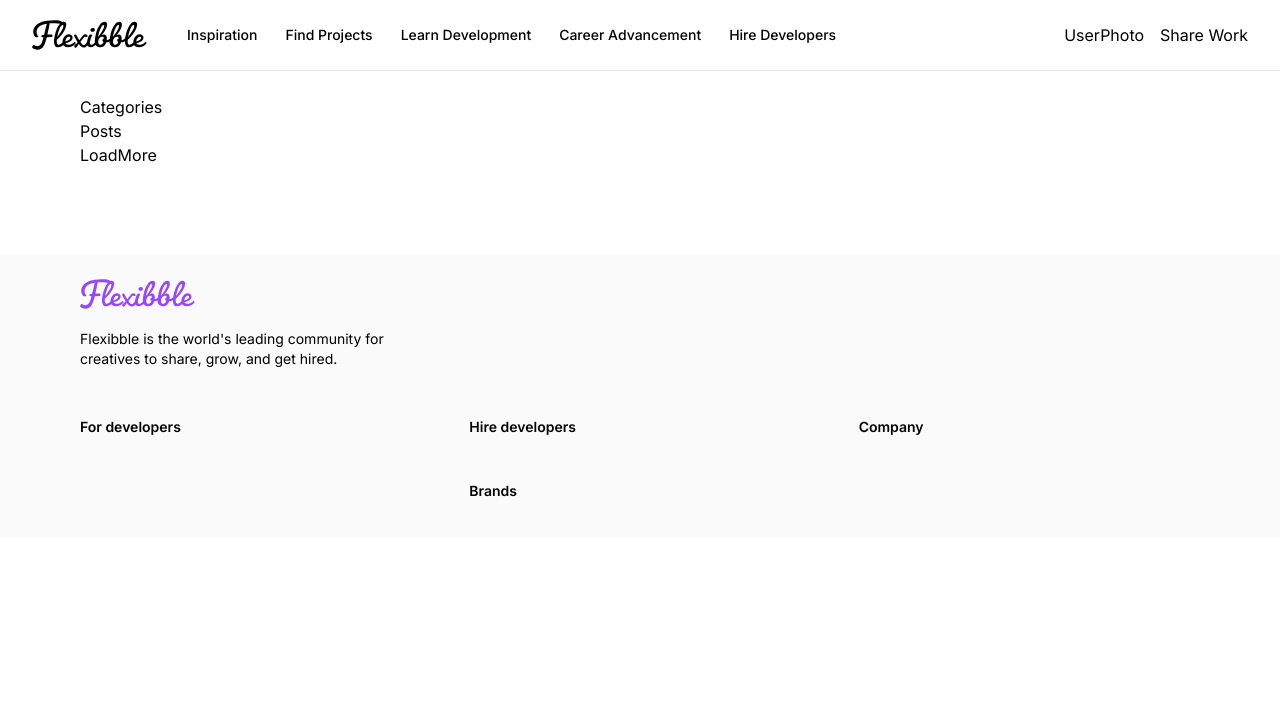
Repository: davedeguia/grafbase_flexibble
Page: /
The author's editor kept a copy of each file at every save. The page is drawn from the files as they stood at one save, then again after the next save.
The browser window is 1280 px wide. The pictures show the whole page.
The project was rebuilt for these pictures with package versions that can differ from the ones it lists, and the page was loaded fresh each time. The framework's server and built-in components were replaced by stand-ins that run in the browser. Also part of the build but not shown: next.config.js, app/components/AuthProviders.tsx.

Above is the page before, as saved 2023-07-16 07:51:18.

### app/layout.tsx
import Footer from './components/Footer'
import Navbar from './components/Navbar'
import './globals.css'

export const metadata = {
  title: 'Flexibble',
  description: 'Showcase and discover remarkable developer projects',
}

export default function RootLayout({
  children,
}: {
  children: React.ReactNode
}) {
  return (
    <html lang='en'>
      <body>
        <Navbar />
        <main>{children}</main>
        <Footer />
      </body>
    </html>
  )
}

### app/page.tsx
const Home = () => {
  return (
    <section className='flex-start flex-col paddings mb-16'>
      <h1>Categories</h1>
      <h1>Posts</h1>
      <h1>LoadMore</h1>
    </section>
  )
}

export default Home

### app/components/Footer.tsx
import Image from 'next/image'
import React from 'react'
import { footerLinks } from '../constants'
import Link from 'next/link'

type ColumnProps = {
  title: string
  links: Array<string>
}

const FooterColumn = ({ title, links }: ColumnProps) => (
  <div className='footer_column'>
    <h4 className='font-semibold'>{title}</h4>
    <ul className='flex flex-col gap-2 font-normal'>
      {links.map((link) => (
        <Link href='/' key={link}></Link>
      ))}
    </ul>
  </div>
)

const Footer = () => {
  return (
    <footer className='flexStart footer'>
      <div className='flex flex-col gap-12 w-full'>
        <div className='flex items-start flex-col'>
          <Image
            src='/logo-purple.svg'
            width={115}
            height={38}
            alt='Flexible'
          />

          <p className='text-start text-sm font-normal mt-5 max-w-xs'>
            Flexibble is the world's leading community for creatives to share,
            grow, and get hired.
          </p>
        </div>
        <div className='flex flex-wrap gap-12'>
          <FooterColumn
            title={footerLinks[0].title}
            links={footerLinks[0].links}
          />

          <div className='flex-1 flex flex-col gap-4'>
            <FooterColumn
              title={footerLinks[1].title}
              links={footerLinks[1].links}
            />
            <FooterColumn
              title={footerLinks[2].title}
              links={footerLinks[2].links}
            />
          </div>
          <FooterColumn
            title={footerLinks[3].title}
            links={footerLinks[3].links}
          />
        </div>
      </div>
    </footer>
  )
}

export default Footer

### app/components/Navbar.tsx
import React from 'react'
import Link from 'next/link'
import Image from 'next/image'
import { NavLinks } from '../constants'
import AuthProviders from './AuthProviders'

const Navbar = () => {
  const session = {}
  return (
    <nav className='flexBetween navbar'>
      <div className='flex-1 flexStart gap-10'>
        <Link href='/'>
          <Image src='/logo.svg' width={115} height={43} alt='Flexible' />
        </Link>
        <ul className='xl:flex hidden text-small gap-7'>
          {NavLinks.map((link) => (
            <Link href={link.href} key={link.key}>
              {link.text}
            </Link>
          ))}
        </ul>
      </div>
      <div className='flexCenter gap-4'>
        {session ? (
          <>
            UserPhoto
            <Link href='/create-project'>Share Work</Link>
          </>
        ) : (
          <AuthProviders />
        )}
      </div>
    </nav>
  )
}

export default Navbar

### app/constants/index.tsx
export const NavLinks = [
  { href: '/', key: 'Inspiration', text: 'Inspiration' },
  { href: '/', key: 'Find Projects', text: 'Find Projects' },
  { href: '/', key: 'Learn Development', text: 'Learn Development' },
  { href: '/', key: 'Career Advancement', text: 'Career Advancement' },
  { href: '/', key: 'Hire Developers', text: 'Hire Developers' },
]

export const categoryFilters = [
  'Frontend',
  'Backend',
  'Full-Stack',
  'Mobile',
  'UI/UX',
  'Game Dev',
  'DevOps',
  'Data Science',
  'Machine Learning',
  'Cybersecurity',
  'Blockchain',
  'E-commerce',
  'Chatbots',
]

export const footerLinks = [
  {
    title: 'For developers',
    links: [
      'Go Pro!',
      'Explore development work',
      'Development blog',
      'Code podcast',
      'Open-source projects',
      'Refer a Friend',
      'Code of conduct',
    ],
  },
  {
    title: 'Hire developers',
    links: [
      'Post a job opening',
      'Post a freelance project',
      'Search for developers',
    ],
  },
  {
    title: 'Brands',
    links: ['Advertise with us'],
  },
  {
    title: 'Company',
    links: [
      'About',
      'Careers',
      'Support',
      'Media kit',
      'Testimonials',
      'API',
      'Terms of service',
      'Privacy policy',
      'Cookie policy',
    ],
  },
  {
    title: 'Directories',
    links: [
      'Development jobs',
      'Developers for hire',
      'Freelance developers for hire',
      'Tags',
      'Places',
    ],
  },
  {
    title: 'Development assets',
    links: [
      'Code Marketplace',
      'GitHub Marketplace',
      'NPM Registry',
      'Packagephobia',
    ],
  },
  {
    title: 'Development Resources',
    links: [
      'Freelancing',
      'Development Hiring',
      'Development Portfolio',
      'Development Education',
      'Creative Process',
      'Development Industry Trends',
    ],
  },
]

### tailwind.config.js
/** @type {import('tailwindcss').Config} */
module.exports = {
  content: [
    './pages/**/*.{js,ts,jsx,tsx,mdx}',
    './components/**/*.{js,ts,jsx,tsx,mdx}',
    './app/**/*.{js,ts,jsx,tsx,mdx}',
  ],
  theme: {
    extend: {
      colors: {
        'nav-border': '#EBEAEA',
        'light-white': '#FAFAFB',
        'light-white-100': '#F1F4F5',
        'light-white-200': '#d7d7d7',
        'light-white-300': '#F3F3F4',
        'light-white-400': '#E2E5F1',
        'light-white-500': '#E4E4E4',
        gray: '#4D4A4A',
        'gray-100': '#3d3d4e',
        'black-100': '#252525',
        'primary-purple': '#9747FF',
        'gray-50': '#D9D9D9',
      },
      boxShadow: {
        menu: '0px 159px 95px rgba(13,12,34,0.01), 0px 71px 71px rgba(13,12,34,0.02), 0px 18px 39px rgba(13,12,34,0.02), 0px 0px 0px rgba(13,12,34,0.02)',
      },
      screens: {
        xs: '400px',
      },
      maxWidth: {
        '10xl': '1680px',
      },
    },
  },
  plugins: [],
}

Loaded but not shown: app/globals.css (common file)

After the next save:
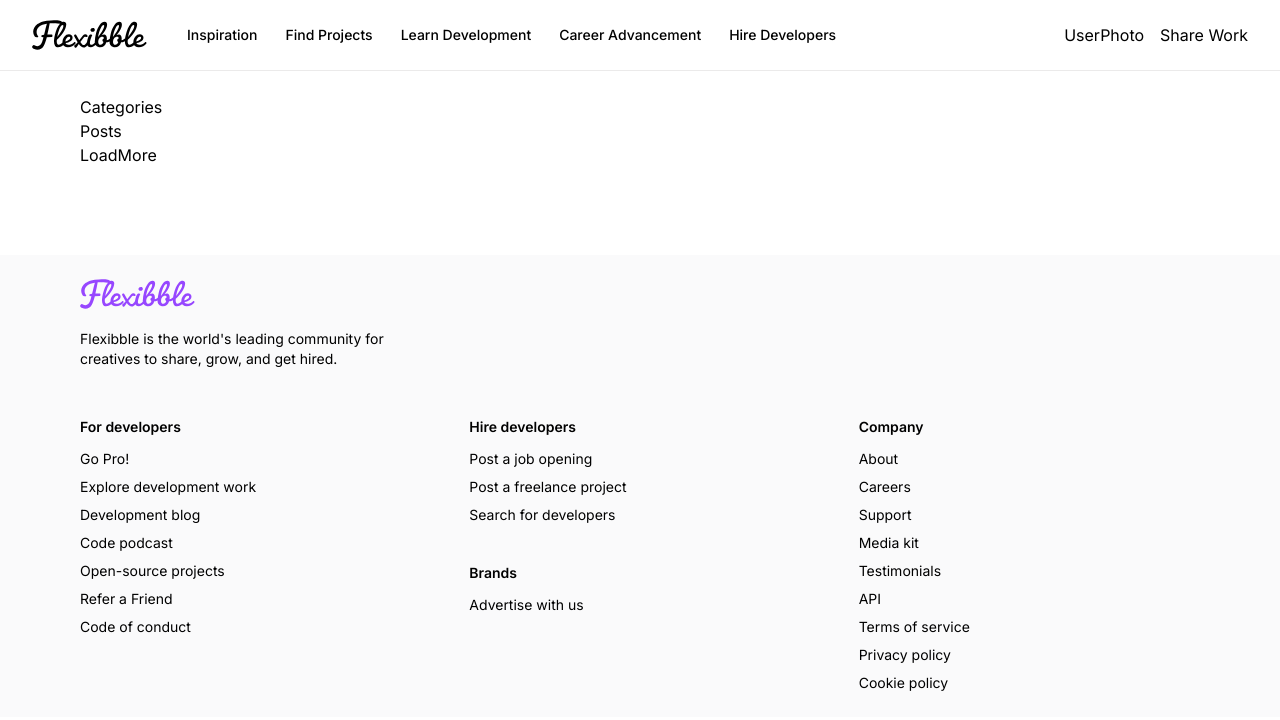
Saved 2 min 18 s later.
--- a/app/components/Footer.tsx
+++ b/app/components/Footer.tsx
@@ -13,7 +13,9 @@
     <h4 className='font-semibold'>{title}</h4>
     <ul className='flex flex-col gap-2 font-normal'>
       {links.map((link) => (
-        <Link href='/' key={link}></Link>
+        <Link href='/' key={link}>
+          {link}
+        </Link>
       ))}
     </ul>
   </div>
